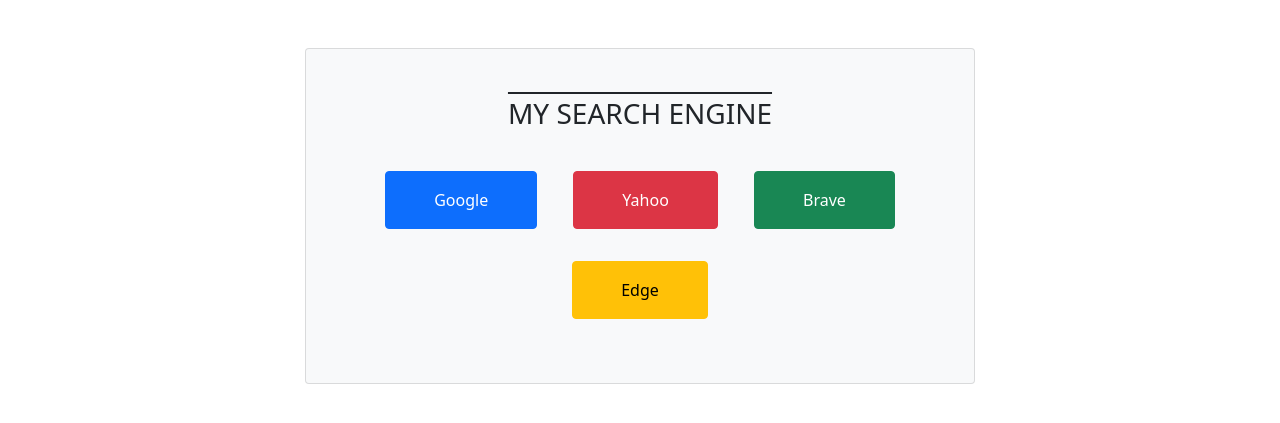
Repository: IamPawan777/spring-MCV
Page: http://localhost/my_search_engine/home.jsp
These files come from the project's save history. The page is drawn as it stood at one moment and after the next save; the edit follows.
The browser window is 1280 px wide. The pictures show the whole page.
The page is served by Tomcat 9. Other server files are loaded and not shown.

Above is the page before, as saved 2025-01-18 08:04:38.

### my_search_engine/src/main/webapp/home.jsp
<!doctype html>
<html lang="en">
  <head>
    <!-- Required meta tags -->
    <meta charset="utf-8">
    <meta name="viewport" content="width=device-width, initial-scale=1">

	<!-- Bootstrap CSS -->
    <link href="https://cdn.jsdelivr.net/npm/bootstrap@5.0.2/dist/css/bootstrap.min.css" rel="stylesheet" integrity="sha384-EVSTQN3/azprG1Anm3QDgpJLIm9Nao0Yz1ztcQTwFspd3yD65VohhpuuCOmLASjC" crossorigin="anonymous">


    <title>Hello, world!</title>
  </head>
  <body>



		<div class="container" >
			<div class="card mx-auto mt-5 bg-light" style="width: 60%;">
				<div class="card-body p-5">
					<h3 class="text-center" style="text-decoration: overline; text-transform: uppercase;">My Search Engine</h3>
					<!-- <a href="google" class="btn btn-primary m-3 px-5 py-3">Go to Google Page</a> -->
					<form class="mt-4" action="process" method="post">
						<!-- <div class="form-group">
							<input class="form-control" type="text" name="querybox" placeholder="Search Here...">
						</div>
						<div class="container text-center mt-4">
							<button class=" btn btn-outline-light">Search</button>
						</div> -->
						 <div class="container text-center">
							<a href="googlePage.jsp" class="btn btn-primary m-3 px-5 py-3">Google</a>
							<a href="yahooPage.jsp" class="btn btn-danger m-3 px-5 py-3">Yahoo</a>
							<a href="bravePage.jsp" class="btn btn-success m-3 px-5 py-3">Brave</a>
							<a href="edgePage.jsp" class="btn btn-warning m-3 px-5 py-3">Edge</a>
						</div>

					</form>

				</div>
			</div>
		</div>




    <!-- Optional JavaScript; choose one of the two! -->

    <!-- Option 1: Bootstrap Bundle with Popper -->
    <script src="https://cdn.jsdelivr.net/npm/bootstrap@5.0.2/dist/js/bootstrap.bundle.min.js" integrity="sha384-MrcW6ZMFYlzcLA8Nl+NtUVF0sA7MsXsP1UyJoMp4YLEuNSfAP+JcXn/tWtIaxVXM" crossorigin="anonymous"></script>

    <!-- Option 2: Separate Popper and Bootstrap JS -->
    <!--
    <script src="https://cdn.jsdelivr.net/npm/@popperjs/core@2.9.2/dist/umd/popper.min.js" integrity="sha384-IQsoLXl5PILFhosVNubq5LC7Qb9DXgDA9i+tQ8Zj3iwWAwPtgFTxbJ8NT4GN1R8p" crossorigin="anonymous"></script>
    <script src="https://cdn.jsdelivr.net/npm/bootstrap@5.0.2/dist/js/bootstrap.min.js" integrity="sha384-cVKIPhGWiC2Al4u+LWgxfKTRIcfu0JTxR+EQDz/bgldoEyl4H0zUF0QKbrJ0EcQF" crossorigin="anonymous"></script>
    -->
  </body>
</html>

After the next save:
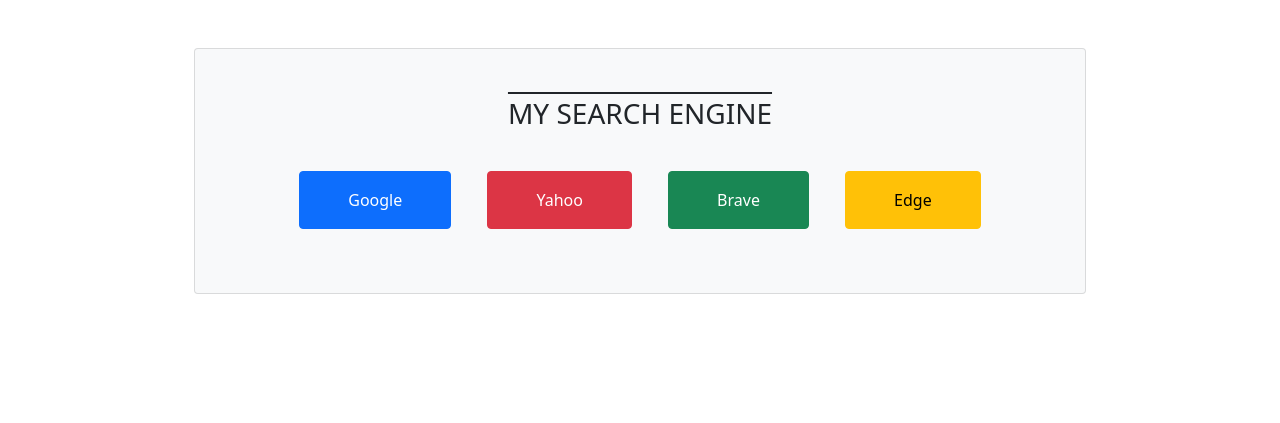
Saved 40 s later.
--- a/my_search_engine/src/main/webapp/home.jsp
+++ b/my_search_engine/src/main/webapp/home.jsp
@@ -16,7 +16,7 @@
 
 
 		<div class="container" >
-			<div class="card mx-auto mt-5 bg-light" style="width: 60%;">
+			<div class="card mx-auto mt-5 bg-light" style="width: 80%;">
 				<div class="card-body p-5">
 					<h3 class="text-center" style="text-decoration: overline; text-transform: uppercase;">My Search Engine</h3>
 					<!-- <a href="google" class="btn btn-primary m-3 px-5 py-3">Go to Google Page</a> -->
